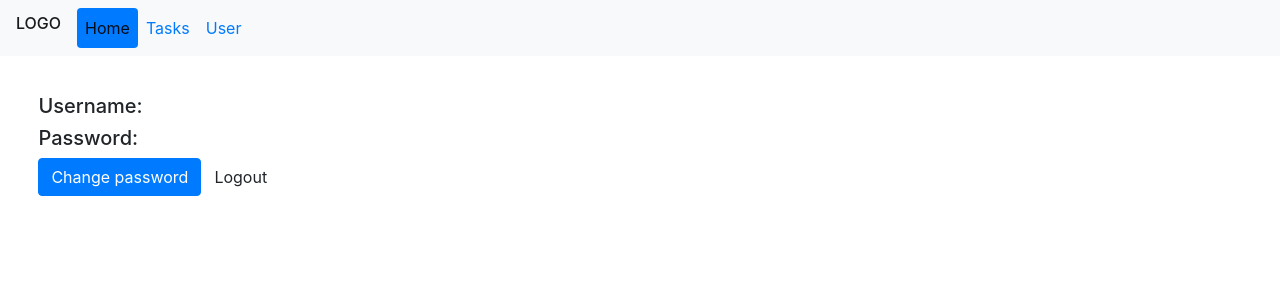
Repository: lalji-yadav/Nimapinfotech-demo-project
Page: /user
The author's editor kept a copy of each file at every save. The page is drawn from the files as they stood at one save, then again after the next save.
The browser window is 1280 px wide. The pictures show the whole page.
The project was rebuilt for these pictures with package versions that can differ from the ones it lists, and the page was loaded fresh each time. Also part of the build but not shown: src/components/Home.js, src/components/Tasks.js, src/components/Login.js.

Above is the page before, as saved 2021-01-17 19:35:17.

After the next save:
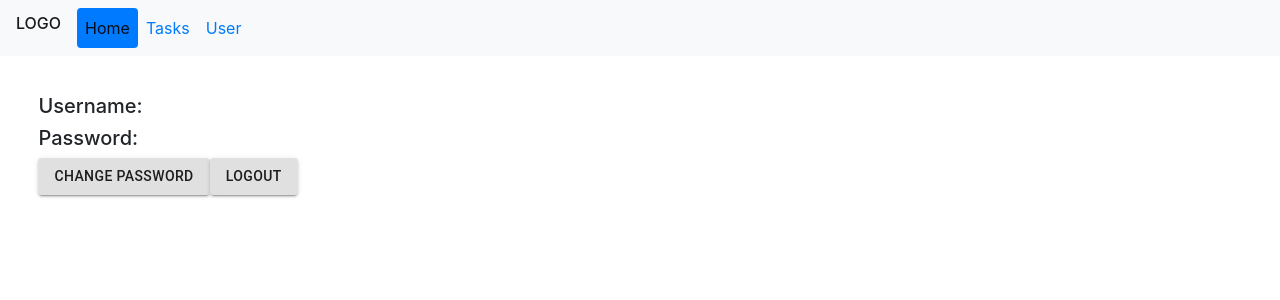
Saved 20 s later.
--- a/src/components/Users.js
+++ b/src/components/Users.js
@@ -1,6 +1,5 @@
 import React from 'react';
-import {Button} from 'react-bootstrap';
-// import { TableBody,Button } from "@material-ui/core";
+import { TableBody,Button } from "@material-ui/core";
 
 const User=()=> {
 
@@ -15,7 +14,7 @@ const User=()=> {
 
                 <div className="row">
                     <div className="col-sm-4">
-                    <Button variant="primary">Change password</Button>
+                    <Button variant="contained">Change password</Button>
                     <Button variant="contained">Logout</Button>
                     </div>
 
